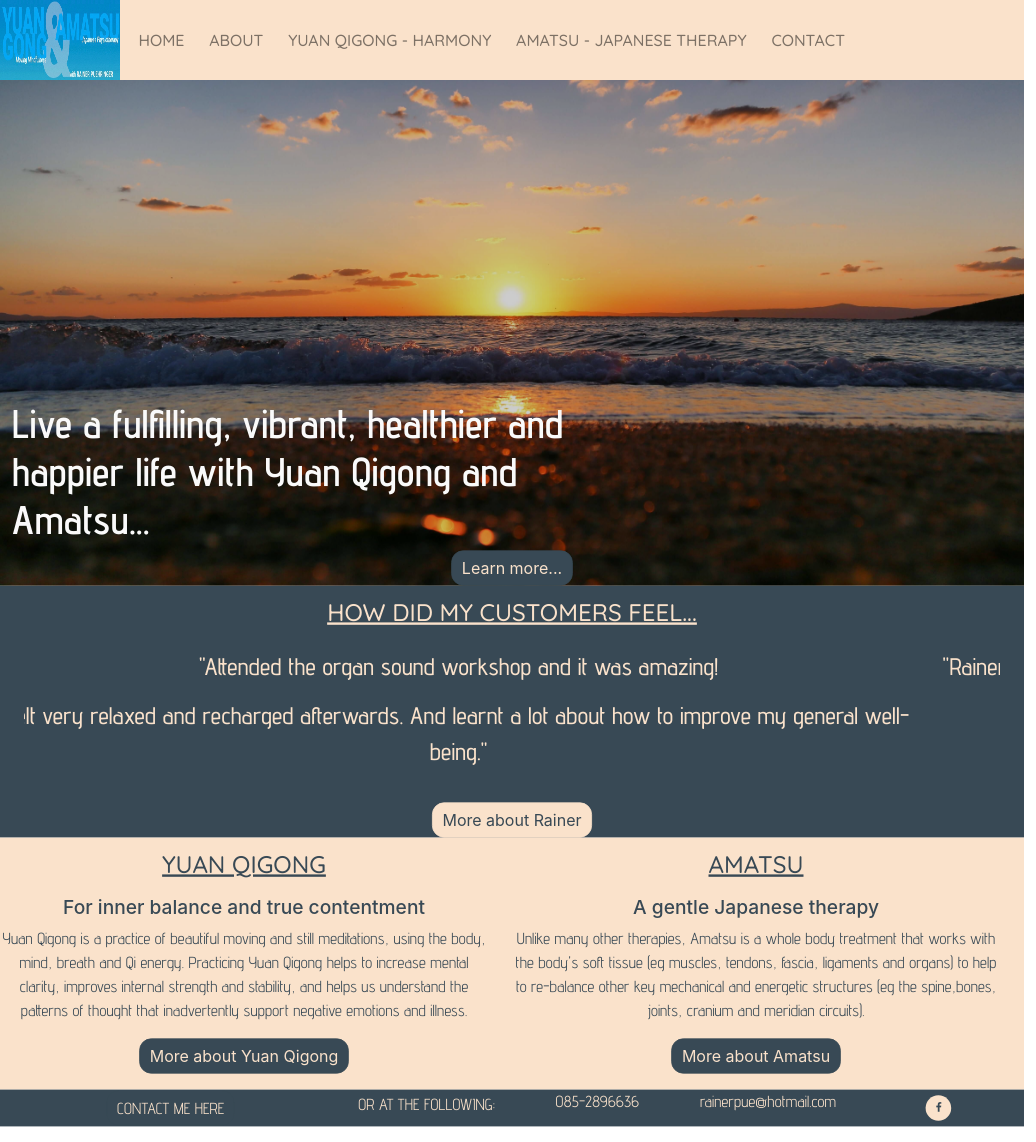
Repository: rainerpue/practitioner_website
Page: index.html
The author's editor kept a record of every edit. The page is drawn from the files as they stood at one moment, then again after the next edit.
The browser window is 1280 px wide. The page is 1295 px wide, so the pictures cover 1295 px, including what lies to the right of the window. The pictures show the whole page, at 80% of full size.
Backgrounds fixed to the window are drawn as part of the page. Some web libraries are served in a nearby version.

Above is the page before.

### index.html
<!DOCTYPE html>
<html lang="en">

<head>
    <meta charset="UTF-8">
    <meta name="viewport" content="width=device-width, initial-scale=1.0">
    <meta http-equiv="X-UA-Compatible" content="ie=edge">
    <meta name="description" content="Home page | Rainer Puehringer, Find your Energy flow">
    <meta name="keywords" content="qigong, amatsu, therapy, energy flow, body balance, harmony, Japanese therapy, yuan gong, ireland">
    <meta name="author" content="Rainer Puehringer">
    <!-- style links -->
    <link rel="stylesheet" href="https://stackpath.bootstrapcdn.com/bootstrap/4.3.1/css/bootstrap.min.css" type="text/css" />
    <link rel="stylesheet" href="https://stackpath.bootstrapcdn.com/font-awesome/4.7.0/css/font-awesome.min.css" type="text/css" />

    <!-- link to my css file comes after to make sure it render over bootstrap style -->
    <link rel="stylesheet" href="assets/css/style.css" type="text/css" />

    <title>Rainer Puehringer, Find your Energy flow with Yuan Qigong and Amatsu</title>

</head>

<body>
    <!-- navbar and logo -->
    <!-- blue background will only show on bigger screens, set to transparent for mobile device -->
    <nav class="navbar navbar-expand-md fixed-top navbar-light nav-coral">
        <!-- logo -->
        <a href="index.html" class="navbar-brand logo">
            <img src="assets/images/logo.jpeg" width="150" height="100" alt="logo">
        </a>
        <!-- button for smaller devices -->
        <button class="navbar-toggler" type="button" data-toggle="collapse" data-target="#burger" aria-controls="burger" aria-expanded="false" aria-label="Toggle navigation">
    <span class="fa fa-bars"></span>
  </button>
        <!-- navigation items which drop down vertically from burger icon in smaller devices -->
        <div class="collapse navbar-collapse" id="burger">
            <ul class="navbar-nav mr-auto text-uppercase">
                <li class="nav-item">
                    <a class="nav-link" href="index.html">Home</a>
                </li>
                <li class="nav-item">
                    <a class="nav-link" href="about.html">About</a>
                </li>
                <li class="nav-item">
                    <a class="nav-link" href="index.html">Yuan Qigong - Harmony</a>
                </li>
                <li class="nav-item">
                    <a class="nav-link" href="index.html">Amatsu - Japanese Therapy</a>
                </li>
                <li class="nav-item">
                    <a class="nav-link" href="index.html">Contact</a>
                </li>
            </ul>
        </div>
    </nav>

    <!-- end navbar -->


    <!-- home image overlay -->
<main>
    <div class="home-image">
        <div class="opaque-overlay">&nbsp;</div>
        <div class="container-fluid">
            <div class="row">
                <div class="col-12">
                    <h1 class="attention">Live a fulfilling, vibrant, healthier and happier life with Yuan Qigong and Amatsu...</h1>
                </div>
            </div>
        </div>
        <div class="container-fluid">
            <div class="row text-center">
                <div class="col-12">
                    <a class="btn btn--gal btn--grey" href="#intro">Learn more...</a>
                </div>
            </div>
        </div>
    </div>

    <!-- testimonials in a carrousel -->
    <section class="bg-grey">
        <div class="row">
            <div class="col text-center">
                <h3 class="text-uppercase">How did my customers feel...</h3>
            </div>
        </div>
        <div id="carouselExampleControls" class="carousel slide" data-ride="carousel">
            <div class="carousel-inner col-12">
                <div class="carousel-item active" data-interval="40000">
                    <blockquote class="d-block w-100 color-slide">"Attended the organ sound workshop and it was amazing!</blockquote>
                    <blockquote class="d-block w-100 color-slide">Felt very relaxed and recharged afterwards. And learnt a lot about how to improve my general well-being."</blockquote>
                </div>
                <div class="carousel-item" data-interval="40000">
                    <blockquote class="d-block w-100 color-slide">"Rainer has a deep knowledge on the working of the human body and his Amatsu sessions are great at dealing with the route cause of your pains and ailments.</blockquote>
                    <blockquote class="d-block w-100 color-slide">I highly recommend him"</blockquote>
                </div>
                <div class="carousel-item " data-interval="40000 ">
                    <blockquote class="d-block w-100 color-slide">"Had an Amatsu session with Rainer who quickly and reliably identified sources of my posture problems, which caused me trouble for many many years.</blockquote>
                    <blockquote class="d-block w-100 color-slide">A great feeling!"</blockquote>
                </div>
            </div>
        </div>
        <div class="container-fluid">
            <div class="row text-center">
                <div class="col-12">
                    <a class="btn btn--gal btn--coral" href="about.html">More about Rainer</a>
                </div>
            </div>
        </div>
    </section>

    <!-- brief introduction section -->

    <section class="bg-coral" id="intro">
        <div class="row intro">
            <div class="col-12 col-md-6 text-center">
                <h3 class="text-uppercase">Yuan Qigong</h3>
                <h4 class="color-intro">For inner balance and true contentment</h4>
                <p class="content-intro">Yuan Qigong is a practice of beautiful moving and still meditations, using the body, mind, breath and Qi energy. Practicing Yuan Qigong helps to increase mental clarity, improves internal strength and stability, and helps us understand
                    the patterns of thought that inadvertently support negative emotions and illness.</p>

                <div class="row text-center">
                    <div class="col-12">
                        <a class="btn btn--gal btn--grey" href="#">More about Yuan Qigong</a>
                    </div>
                </div>
            </div>
            <hr class="section-divider">
            <div class="col-12 col-md-6 text-center">
                <h3 class="text-uppercase  color-intro">Amatsu</h3>
                <h4 class="color-intro">A gentle Japanese therapy</h4>
                <p class="content-intro">Unlike many other therapies, Amatsu is a whole body treatment that works with the body's soft tissue (eg muscles, tendons, fascia, ligaments and organs) to help to re-balance other key mechanical and energetic structures (eg the spine,bones,
                    joints, cranium and meridian circuits).</p>
                <div class="row text-center">
                    <div class="col-12">
                        <a class="btn btn--gal btn--grey" href="#">More about Amatsu</a>
                    </div>
                </div>
            </div>
        </div>
    </section>
</main>
    <!-- footer -->

    <footer>
        <div class="container-fluid bg-grey">
            <div class="row footer-row">
                <div class="col-12 col-md-4 footer-contact">
                    <a class="btn btn--gal btn--grey text-uppercase" href="#">Contact Me Here</a>
                </div>
                <div class="col-12 col-md-2 footer-contact">
                    <h5 class="text-uppercase">or at the following:</h5>
                </div>
                <div class="col-12 col-md-2 footer-contact">
                    <p>085-2896636</p>
                </div>
                <div class="col-12 col-md-2 footer-contact">
                    <p>rainerpue@hotmail.com</p>
                </div>
                <div class="col-12 col-md-2 footer-contact">
                    <a class="socialmedia" href="https://www.facebook.com/YuanGongandAmatsuwithRainer/" target="_blank">
                    <i class="fa fa-facebook"></i>
                    <span class="sr-only">Facebook</span>
                    </a>
                </div>
            </div>
        </div>
    </footer>

    <script src="https://code.jquery.com/jquery-3.2.1.slim.min.js " integrity="sha384-KJ3o2DKtIkvYIK3UENzmM7KCkRr/rE9/Qpg6aAZGJwFDMVNA/GpGFF93hXpG5KkN " crossorigin="anonymous "></script>
    <script src="https://cdnjs.cloudflare.com/ajax/libs/popper.js/1.12.9/umd/popper.min.js " integrity="sha384-ApNbgh9B+Y1QKtv3Rn7W3mgPxhU9K/ScQsAP7hUibX39j7fakFPskvXusvfa0b4Q " crossorigin="anonymous "></script>
    <script src="https://maxcdn.bootstrapcdn.com/bootstrap/4.0.0/js/bootstrap.min.js " integrity="sha384-JZR6Spejh4U02d8jOt6vLEHfe/JQGiRRSQQxSfFWpi1MquVdAyjUar5+76PVCmYl " crossorigin="anonymous "></script>
</body>

</html>

### assets/css/style.css
@import url('https://fonts.googleapis.com/css?family=Advent+Pro:100,200,300,400,500,600,700|Quicksand:300,400,500,700|Poppins:100,200,300,400,500,600,700,800');

body {}

/*-----------------------------------------Colour */

.nav-coral {
    background-color: transparent;
}

.bg-grey {
    background-color: #384955;
    color: #FAE2CB;
}

.bg-coral {
    background-color: #FAE2CB;
    color: #384955;
}


/*-----------------------------------------Special paddings/margins/texts */

.container-fluid {
    padding: 0;
    margin: 0;
}

.text-uppercase {
    text-transform: uppercase;
}

.text-center {
    text-align: center;
    margin: 0;
}

h3 {
    padding: 15px 0 15px;
    font-family: "Quicksand", sans-serif;
    font-weight: 500;
    font-size: 30px;
    text-decoration: underline;
}

a {
    text-decoration: none;
    cursor: pointer;
}

.section-column {
    display: table-cell;
    padding: 0 30px 0;
    float: none;
}

/*-----------------------------------------buttons */

.btn:hover {
    color: #fafafa;
    text-decoration: none;
}

.btn--gal {
    margin-bottom: 0;
    margin-top: 0;
    border-radius: 15px;
    font-size: 20px;
    text-decoration: none;
    cursor: pointer;
}

.btn--grey {
    background-color: #384955;
    border-color: #384955;
    color: #FAE2CB;
}

.btn--grey:hover {
    color: #FF8863;
}

.btn--coral {
    background-color: #FAE2CB;
    border-color: #FAE2CB;
    color: #384955;
}

.btn--coral:hover {
    color: #87B0CD;
}

.btn--footer {
    color: #FAE2CB;
}

/*-----------------------------------------section divider */

.section-divider {
    width: 75px;
    height: 5px;
    border: 0;
    background-color: #fafafa;
}


/*-----------------------------------------logo */

.logo {
    display: inline-block;
    padding: 0;
    margin: 0;
    line-height: inherit;
    white-space: nowrap;
    background-position: center;
    background-repeat: no-repeat;
    transition: all .5s ease-in-out;
    -moz-transition: all .5s ease-in-out;
    -webkit-transition: all .5s ease-in-out;
}

/*-----------------------------------------burger icon */

.fa-bars {
    font-size: 30px;
    padding: 5px;
}

.navbar-light .navbar-toggler {
    border-color: rgba(0, 0, 0, .3);
    margin-right: 15px;
}

/*-----------------------------------------nav */

.navbar {
    padding: 0;
    text-align: center;
    overflow: auto;
}

.navbar-collapse {
    background-color: #FAE2CB
    }

.nav-item {
    padding-left: 15px;
}

.nav-item a {
    color: #384955;
    font-family: "Quicksand", sans-serif;
    font-weight: 500;
    font-size: 20px;
    transition: background-color .2s ease-in-out, color .2s ease-in-out;
}

.nav-item a:hover {
    color: #FAE2CB!important;
    background-color: #384955;
}

/*-----------------------------------------full background image with attention */

.home-image {
    min-height: 95vh;
    align-items: center;
    position: relative;
    background: url(../images/home-image.jpg) no-repeat center center fixed;
    -webkit-background-size: cover;
    -moz-background-size: cover;
    -o-background-size: cover;
    background-size: cover;
    padding-top: 100px;
}

.opaque-overlay {
    position: absolute;
    top: 0;
    left: 0;
    height: 100%;
    width: 100%;
    background: rgba(0, 0, 0, 0.2);
}

.attention {
    width: 80%;
    color: #fafafa;
    font-family: "Advent Pro", sans-serif;
    font-size: 40px;
    font-weight: 600;
    padding-left: 15px;
    padding-top: 200px;
}

/*-----------------------------------------testimonials in carrousel */

.testimonials {
    padding-bottom: 20px;
}

.slide {
    position: relative;
    display: flex;
    align-items: center;
    min-height: 30vh;
    text-align: center;
    padding: 5px 30px;
    margin-bottom: 20px
}

blockquote {
    width: 80px;
    font-family: "Advent Pro", sans-serif;
    font-weight: 500;
    font-size: 30px;
}

/*-----------------------------------------home intro section */

.intro {
    width: 100%;
    padding: 0;
    padding-bottom: 20px;
    min-height: 20vh;
}

.content-intro {
    font-family: "Advent Pro", sans-serif;
    font-size: 20px;
    font-weight: 400;
    margin-bottom: 20px;
}

/*-----------------------------------------footer */

.footer-row {
    padding: 0 15px;
    text-align: center;
    margin-bottom: 20px;
}

.footer-contact {
    font-family: "Advent Pro", sans-serif;
    text-align: center;
    align-items: center;
    justify-content: center;
    color: #FAE2CB;
    padding: 0;
    margin: 0;
}

.footer-contact p {
    font-weight: 400;
    font-size: 20px;

}

.footer-contact h5 {
    font-weight: 400;
    font-size: 20px;
    }

.socialmedia i {
    width: 32px;
    height: 32px;
    padding: 12px 0;
    border-radius: 50%;
    font-size: 13px;
    line-height: 7px;
    text-align: center;
    color: #384955;
    background: #FAE2CB;
    transition: all 0.35s ease-in-out;
    -moz-transition: all 0.35s ease-in-out;
    -webkit-transition: all 0.35s ease-in-out;
    -o-transition: all 0.35s ease-in-out;
}

.social-links i:hover {
    background: #e84610;
}

/*-----------------------------------------about page */

.about-image {
    min-height: 30vh;
    background: url(../images/about-image.jpg);
    -webkit-background-size: 100% 100%;
    -moz-background-size: 100% 100%;
    -o-background-size: 100% 100%;
    background-size: 100% 100%;
    width: 100vw;
    background-repeat: no-repeat;
    position: relative;
}

.about-intro {
    padding: 10px 0 20px;
}

.about-sm-img {
    position: relative;
    align-items: center;
}

.about-content {
    min-height: 25vh;
    position: relative;
    display: flex;
    text-align: center;
    padding: 5px 30px;
    line-height: 200%;
    font-family: "Advent Pro", sans-serif;
    font-size: 20px;
    font-weight: 400;
}

.timeline {
    margin: 0;
}

.timeline-item {
    padding: 4em 2em 0em 2em;
    position: relative;
    color: #384955;
    border-left: 1px solid;
    font-family: "Advent Pro", sans-serif;
}

.timeline-item p {
    padding: 0;
    margin: 0;
}

.timeline-item:before {
    content: attr(data-dates);
    position: absolute;
    left: 2.5em;
    top: 3em;
    display: block;
    font-family: "Advent Pro", sans-serif;
    font-weight: 500;
    font-size: 0.8em;
    padding: 0;
    margin: 0;
}

.timeline-item:after {
    width: 12px;
    height: 12px;
    display: block;
    position: absolute;
    top: 2.4em;
    left: -6px;
    border-radius: 12px;
    content: "";
    background-color: #384955;
}

.history-items {
    margin: 0 0 30px;
}

/*-----------------------------------------media queries */

/*-----------------------------------------media query to add navbar color background color on bigger screens */

@media (min-width: 768px) {
    .nav-coral {
        background-color: #FAE2CB;
    }
}

@media (min-width: 768px) {
    .attention {
        padding-top: 400px;
        width: 60%;
        font-size: 50px;
    }
}

@media (min-width: 768px) {
    .slide {
        min-height: 20vh;
    }
}

@media (min-width: 768px) {
    .section-divider {
        width: 0px;
        height: 0px;
        border: 0;
    }
}

@media (min-width: 768px) {
    .footer-contact {
        display: flex;
    }
}

@media (min-width: 768px) {
    .footer-contact h5 p a {
        padding-left: 15px;
    }
}

@media (min-width: 768px) {
.section-column {
    padding: 0 50px 0;
    }

After the next edit:
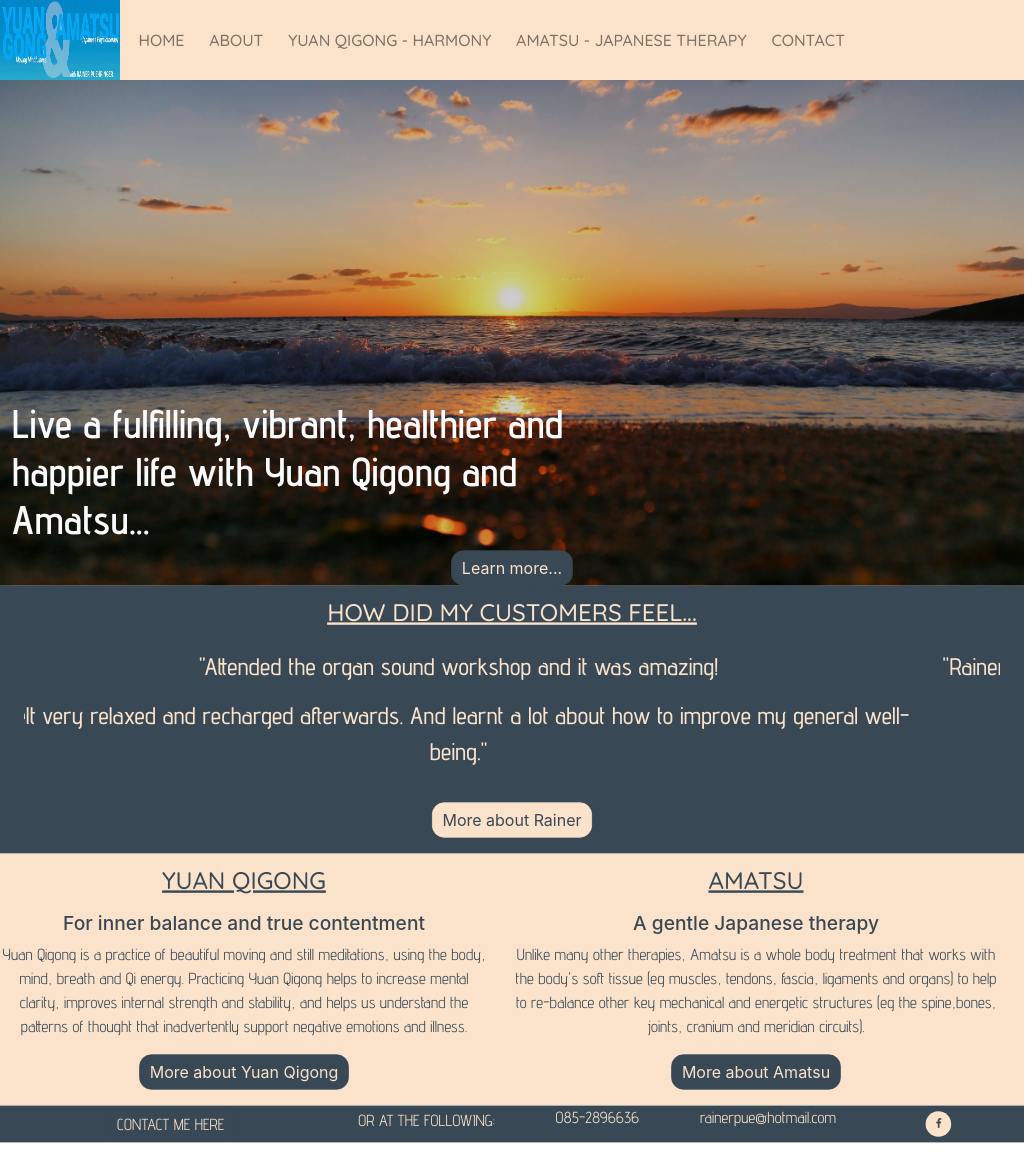
The edit:
--- a/index.html
+++ b/index.html
@@ -77,7 +77,7 @@
     </div>
 
     <!-- testimonials in a carrousel -->
-    <section class="bg-grey">
+    <section class="bg-grey testimonials">
         <div class="row">
             <div class="col text-center">
                 <h3 class="text-uppercase">How did my customers feel...</h3>
